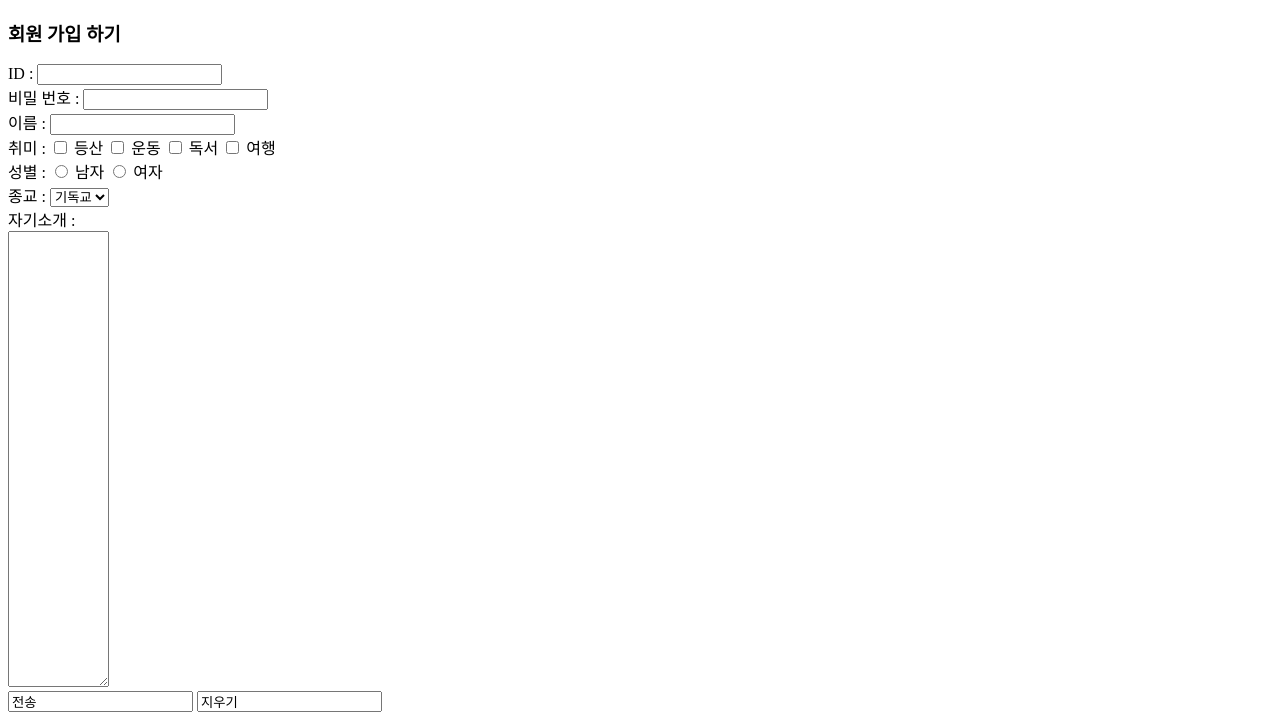
Repository: parkhayoung615/SchoolWebJSP_3
Page: http://localhost/220316/
The author's editor kept a copy of each file at every save. The page is drawn from the files as they stood at one save, then again after the next save.
The browser window is 1280 px wide. The pictures show the whole page.
The page is served by Tomcat 9.

Above is the page before, as saved 2022-03-16 00:47:40.

### 220316/220316/WebContent/index.jsp
<%@ page language="java" contentType="text/html; charset=UTF-8"
	pageEncoding="UTF-8"%>
<!DOCTYPE html>
<html>
<head>
<meta charset="UTF-8">
<title>Insert title here</title>
</head>
<body>
	<h3>회원 가입 하기</h3>
	<form action="/Test01/member" method="get">
		ID : <input type="text" name="id"> <br> 비밀 번호 : <input
			type="password" name="pwd"> <br> 이름 : <input type="text"
			name="name"> <br> 취미 : <input type="checkbox"
			name="hobby" value="climbing"> 등산 <input type="checkbox"
			name="hobby" value="sports"> 운동 <input type="checkbox"
			name="hobby" value="reading"> 독서 <input type="checkbox"
			name="hobby" value="traveling"> 여행 <br> 성별 : <input
			type="radio" name="gender" value="male"> 남자 <input
			type="radio" name="gender" value="female"> 여자 <br> 종교 :
		<select name="religion">
			<option value="christianity"> 기독교
			<option value="buddhism"> 불교
			<option value="catholicism"> 천주교
			<option value="atheism"> 무교
		</select> <br>
		자기소개 : <br>
		<textarea rows="30" cols="10" name="introduction"> </textarea> <br>
		<input type="sumbit" value="전송">
		<input type="sumbit" value="지우기">
	</form>
</body>
</html>

After the next save:
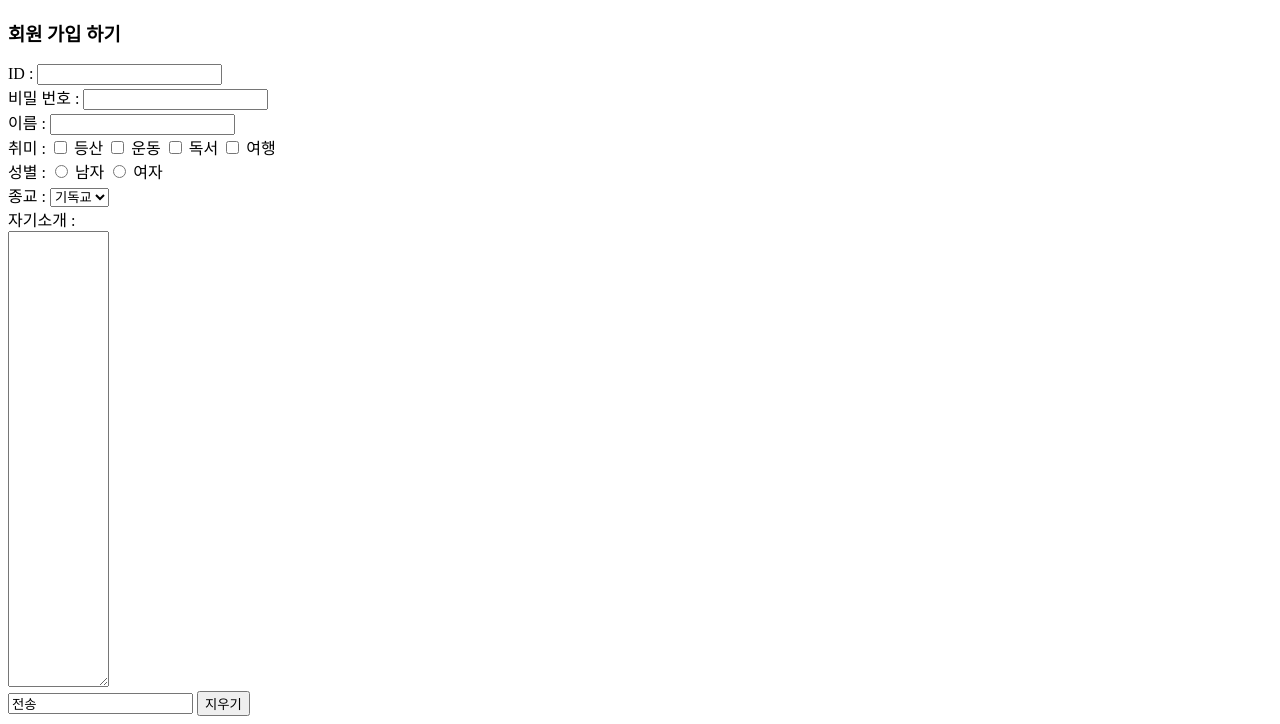
Saved 9 s later.
--- a/220316/220316/WebContent/index.jsp
+++ b/220316/220316/WebContent/index.jsp
@@ -27,7 +27,7 @@
 		자기소개 : <br>
 		<textarea rows="30" cols="10" name="introduction"> </textarea> <br>
 		<input type="sumbit" value="전송">
-		<input type="sumbit" value="지우기">
+		<input type="reset" value="지우기">
 	</form>
 </body>
 </html>
